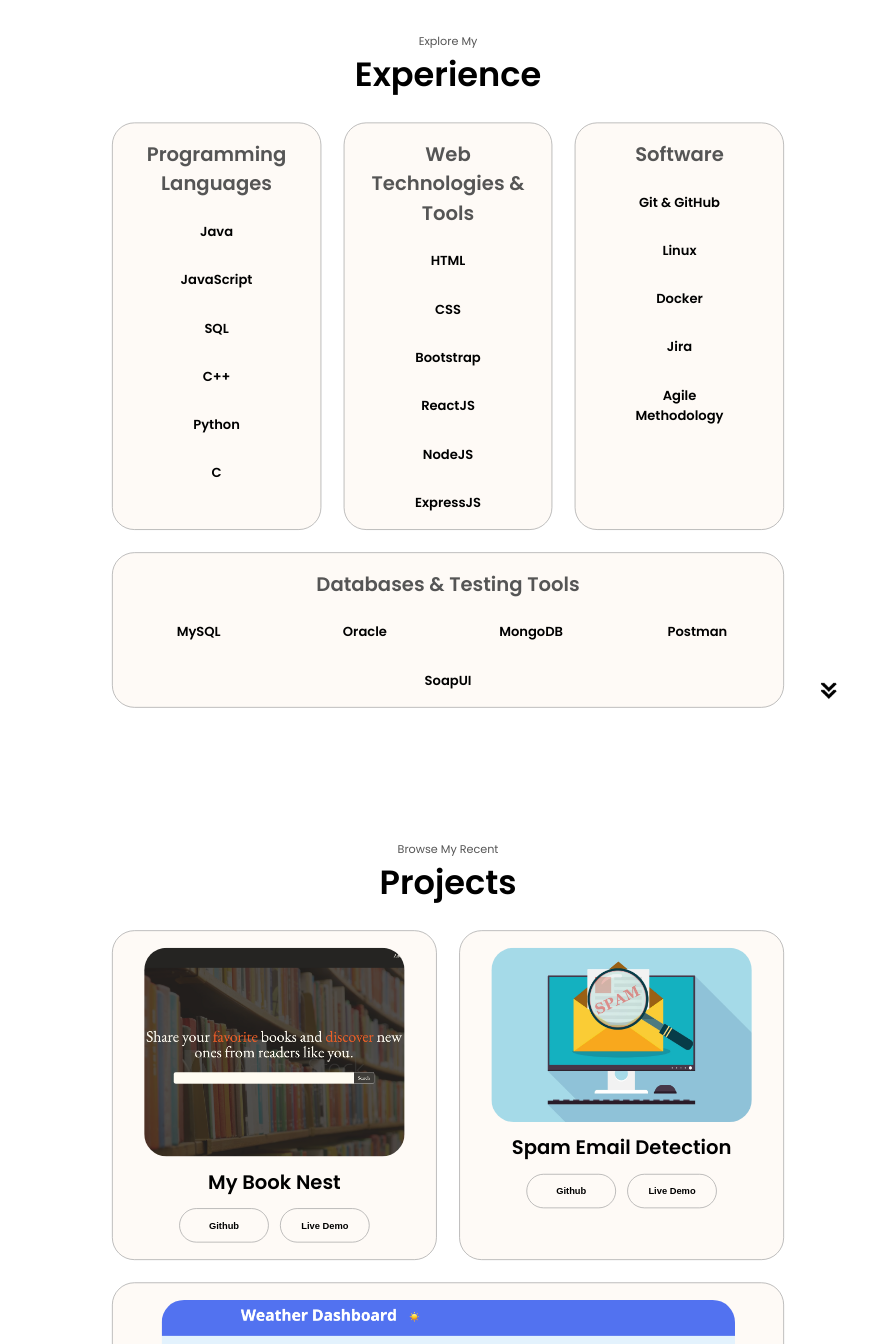
Repository: Pradnya-07/Portfolio-Pradnya
Page: index.html
An editor plug-in stored every save of this project. The page is shown before and after the next save, followed by the edit.
The browser window is 1280 px wide. The pictures show the part of the page from y = 1490 to 3410 px (the page is 4584 px tall before and 4542 px after), at 70% of full size.

Above is the page before, as saved 2025-04-26 23:02:04.

### index.html
<!DOCTYPE html>
<html lang="en">
  <head>
    <meta charset="UTF-8" />
    <meta http-equiv="X-UA-Compatible" content="IE=edge" />
    <meta name="viewport" content="width=device-width, initial-scale=1.0" />
    <title>My Portfolio</title>
    <link rel="stylesheet" href="style.css" />
    <link rel="stylesheet" href="mediaqueries.css" />
  </head>
  <body>
    <nav id="desktop-nav">
      <div class="logo">Pradnya Baviskar</div>
      <div>
        <ul class="nav-links">
          <li><a href="#about">About</a></li>
          <li><a href="#experience">Experience</a></li>
          <li><a href="#projects">Projects</a></li>
          <li><a href="#contact">Contact</a></li>
        </ul>
      </div>
    </nav>
    <nav id="hamburger-nav">
      <div class="logo">Pradnya Baviskar</div>
      <div class="hamburger-menu">
        <div class="hamburger-icon" onclick="toggleMenu()">
          <span></span>
          <span></span>
          <span></span>
        </div>
        <div class="menu-links">
          <li><a href="#about" onclick="toggleMenu()">About</a></li>
          <li><a href="#experience" onclick="toggleMenu()">Experience</a></li>
          <li><a href="#projects" onclick="toggleMenu()">Projects</a></li>
          <li><a href="#contact" onclick="toggleMenu()">Contact</a></li>
        </div>
      </div>
    </nav>
    <section id="profile">
      <div class="section__pic-container">
        <img src="./assets/profile-pic.JPG" alt="Pradnya Baviskar profile picture" />
      </div>
      <div class="section__text">
        <p class="section__text__p2">Hello, I'm</p>
        <h1 class="title">Pradnya Baviskar</h1>
        <p class="section__text__p2">Software Developer - Full Stack</p>
        <div class="btn-container">
          <button
            class="btn btn-color-2"
            onclick="window.open('./assets/pradnya_baviskar-3.pdf')"
          >
            Download CV
          </button>
          <button class="btn btn-color-1" onclick="location.href='#contact'">
            Contact Info
          </button>
        </div>
        <div id="socials-container">
          <img
            src="./assets/linkedin.png"
            alt="My LinkedIn profile"
            class="icon"
            onclick="location.href='https://linkedin.com/'"
          />
          <img
            src="./assets/github.png"
            alt="My Github profile"
            class="icon"
            onclick="location.href='https://github.com/'"
          />
        </div>
      </div>
    </section>
    <section id="about">
      <p class="section__text__p1">Get To Know More</p>
      <h1 class="title">About Me</h1>
      <div class="section-container">

        <div class="about-details-container">
          <div class="about-containers">
            <div class="details-container">
              <img
                src="./assets/experience.png"
                alt="Experience icon"
                class="icon"
              />
              <h3>Experience</h3>
              <p>3+ years <br />Full Stack Development</p>
            </div>
            <div class="details-container">
              <img
                src="./assets/education.png"
                alt="Education icon"
                class="icon"
              />
              <h3>Education</h3>
              <p>B.Tech. Bachelors Degree<br />M.Sc. Masters Degree</p>
            </div>
          </div>
          <div class="text-container">
            <p>
              I'm a Full Stack Developer with over 3 years of experience building scalable, production-ready web applications.
              My expertise lies in backend development using Java, SQL Server, Oracle, and Spring Boot, combined with frontend technologies like JavaScript and React.js.
              I have contributed to large-scale projects by improving performance and delivering complex financial technology solutions for top-tier banks, ensuring both efficiency and innovation.
              I’m passionate about writing clean, maintainable code and collaborating within cross-functional teams to solve challenging problems.
            </p>
            <p style=" margin-top: 2%;">
              With a Master's degree in Software Engineering and Testing, I am committed to staying ahead in the evolving tech landscape by learning and implementing emerging technologies.
              Whether it’s designing sleek front-end interfaces or optimizing complex back-end systems, I strive to build applications that are efficient, user-friendly, and impactful.
              Let’s collaborate and create innovative digital solutions together!
            </p>
          </div>
        </div>
      </div>
      <img
        src="./assets/arrow.png"
        alt="Arrow icon"
        class="icon arrow"
        onclick="location.href='#experience'"
      />
    </section>
    <section id="experience">
      <p class="section__text__p1">Explore My</p>
      <h1 class="title">Experience</h1>
      <div class="experience-details-container">
        <div class="about-containers">
          <div class="details-container">
            <h2 class="experience-sub-title">Programming Languages</h2>
            <div class="article-container">
              <article class="skills">

                <div>
                  <h3 class="skills">Java</h3>
                </div>
              </article>
              <article class="skills">

                <div>
                  <h3 class="skills">JavaScript</h3>

                </div>
              </article>
              <article class="skills">

                <div>
                  <h3 class="skills">SQL</h3>

                </div>
              </article>
              <article class="skills">

                <div>
                  <h3 class="skills">C++</h3>

                </div>
              </article>
              <article class="skills">

                <div>
                  <h3>Python</h3>
                </div>
              </article>
              <article class="skills">

                <div>
                  <h3 class="skills">C</h3>
                </div>
              </article>

            </div>
          </div>

          <div class="details-container">
            <h2 class="experience-sub-title">Web Technologies & Tools</h2>
            <div class="article-container">
              <article>

                <div>
                  <h3>HTML</h3>
                </div>
              </article>
              <article>

                <div>
                  <h3>CSS</h3>
                </div>
              </article>
              <article>

                <div>
                  <h3>Bootstrap</h3>
                </div>
              </article>
              <article>

                <div>
                  <h3>ReactJS</h3>
                </div>
              </article>
              <article>

                <div>
                  <h3>NodeJS</h3>
                </div>
              </article>
              <article>

                <div>
                  <h3>ExpressJS</h3>
                </div>
              </article>
            </div>
          </div>

          <div class="details-container">
            <h2 class="experience-sub-title">Software</h2>
            <div class="article-container">
              <article>

                <div>
                  <h3>Git & GitHub</h3>
                </div>
              </article>
              <article>

                <div>
                  <h3>Linux</h3>
                </div>
              </article>



              <article>

                <div>
                  <h3>Docker</h3>
                </div>
              </article>
              <article>

                <div>
                  <h3>Jira</h3>
                </div>
              </article>
              <article>

                <div>
                  <h3 class="skills">Agile Methodology</h3>
                </div>
              </article>
            </div>
          </div>

          <div class="details-container">
            <h2 class="experience-sub-title">Databases & Testing Tools</h2>
            <div class="article-container">
              <article>

                <div>
                  <h3>MySQL</h3>
                </div>
              </article>
              <article>

                <div>
                  <h3>Oracle</h3>
                </div>
              </article>
              <article>

                <div>
                  <h3>MongoDB</h3>
                </div>
              </article>
              <article>

                <div>
                  <h3>Postman</h3>
                </div>
              </article>
              <article>

                <div>
                  <h3>SoapUI</h3>
                </div>
              </article>

            </div>
          </div>


        </div>
      </div>
      <img
        src="./assets/arrow.png"
        alt="Arrow icon"
        class="icon arrow"
        onclick="location.href='#projects'"
      />
    </section>

    <section id="projects">
      <p class="section__text__p1">Browse My Recent</p>
      <h1 class="title">Projects</h1>
      <div class="experience-details-container">
        <div class="about-containers">
          <div class="details-container color-container">
            <div class="article-container">
              <img
                src="./assets/project1.png"
                alt="Project 1"
                class="project-img"
              />
            </div>
            <h2 class="experience-sub-title project-title">My Book Nest</h2>
            <div class="btn-container">
              <button
                class="btn btn-color-2 project-btn"
                onclick="location.href='https://github.com/Pradnya-07/Pradnya-s_Library'"
              >
                Github
              </button>
              <button
                class="btn btn-color-2 project-btn"
                onclick="location.href='https://pradnya-s-library.onrender.com'"
              >
                Live Demo
              </button>
            </div>
          </div>
          <div class="details-container color-container">
            <div class="article-container">
              <img
                src="./assets/scam.png"
                alt="Project 2"
                class="project-img"
              />
            </div>
            <h2 class="experience-sub-title project-title">Spam Email Detection</h2>
            <div class="btn-container">
              <button
                class="btn btn-color-2 project-btn"
                onclick="location.href='https://github.com/Pradnya-07/Spam_Email_Detection'"
              >
                Github
              </button>
              <button
                class="btn btn-color-2 project-btn"
                onclick="location.href='https://spam-email-detection-9in7.onrender.com'"
              >
                Live Demo
              </button>
            </div>
          </div>
          <div class="details-container color-container">
            <div class="article-container">
              <img
                src="./assets/forecast.png"
                alt="Project 3"
                class="project-img"
              />
            </div>
            <h2 class="experience-sub-title project-title">Weather Forecast</h2>
            <div class="btn-container" style="margin-top: 14%;">
              <button
                class="btn btn-color-2 project-btn"
                onclick="location.href='https://github.com/Pradnya-07/Weather-Dashboard'"
              >
                Github
              </button>
              <button
                class="btn btn-color-2 project-btn"
                onclick="location.href='https://pradnya-07.github.io/Weather-Dashboard/'"
              >
                Live Demo
              </button>
            </div>
          </div>
        </div>
      </div>
      <img
        src="./assets/arrow.png"
        alt="Arrow icon"
        class="icon arrow"
        onclick="location.href='#contact'"
      />
    </section>
    <section id="contact">


      <div class="contact-info-upper-container">
        <div class="contact-info-container">
          <img
            src="./assets/email.png"
            alt="Email icon"
            class="icon contact-icon email-icon"
          />
          <p><a href="mailto:pradnyabaviskar56p@gmail.com">pradnyabaviskar56p@gmail.com</a></p>
        </div>
        <div class="contact-info-container">
          <img
            src="./assets/linkedin.png"
            alt="LinkedIn icon"
            class="icon contact-icon"
          />
          <p><a href="https://www.linkedin.com">LinkedIn</a></p>
        </div>
      </div>
    </section>
    <footer>
      <nav>
        <div class="nav-links-container">
          <ul class="nav-links">
            <li><a href="#about">About</a></li>
            <li><a href="#experience">Experience</a></li>
            <li><a href="#projects">Projects</a></li>
            <li><a href="#contact">Contact</a></li>
          </ul>
        </div>
      </nav>
      <p>Copyright &#169; 2025 Pradnya Baviskar. All Rights Reserved.</p>
    </footer>
    <script src="script.js"></script>
  </body>
</html>

### style.css
/* GENERAL */

@import url("https://fonts.googleapis.com/css2?family=Poppins:wght@300;400;500;600&display=swap");

* {
  margin: 0;
  padding: 0;
}

body {
  font-family: "Poppins", sans-serif;
}

html {
  scroll-behavior: smooth;
}

p {
  color: rgb(85, 85, 85);
}

/* TRANSITION */

a,
.btn {
  transition: all 300ms ease;
}

/* DESKTOP NAV */

nav,
.nav-links {
  display: flex;
}

nav {
  justify-content: space-around;
  align-items: center;
  height: 17vh;
}

.nav-links {
  gap: 2rem;
  list-style: none;
  font-size: 1.5rem;
}

a {
  color: black;
  text-decoration: none;
  text-decoration-color: white;
}

a:hover {
  color: grey;
  text-decoration: underline;
  text-underline-offset: 1rem;
  text-decoration-color: rgb(181, 181, 181);
}

.logo {
  font-size: 2rem;
}

.logo:hover {
  cursor: default;
}

/* HAMBURGER MENU */

#hamburger-nav {
  display: none;
}

.hamburger-menu {
  position: relative;
  display: inline-block;
}

.hamburger-icon {
  display: flex;
  flex-direction: column;
  justify-content: space-between;
  height: 24px;
  width: 30px;
  cursor: pointer;
}

.hamburger-icon span {
  width: 100%;
  height: 2px;
  background-color: black;
  transition: all 0.3 ease-in-out;
}

.menu-links {
  position: absolute;
  top: 100%;
  right: 0;
  background-color: white;
  width: fit-content;
  max-height: 0;
  overflow: hidden;
  transition: all 0.3 ease-in-out;
}

.menu-links a {
  display: block;
  padding: 10px;
  text-align: center;
  font-size: 1.5rem;
  color: black;
  text-decoration: none;
  transition: all 0.3 ease-in-out;
}

.menu-links li {
  list-style: none;
}

.menu-links.open {
  max-height: 300px;
}

.hamburger-icon.open span:first-child {
  transform: rotate(45deg) translate(10px, 5px);
}

.hamburger-icon.open span:nth-child(2) {
  opacity: 0;
}

.hamburger-icon.open span:last-child {
  transform: rotate(-45deg) translate(10px, -5px);
}

.hamburger-icon span:first-child {
  transform: none;
}

.hamburger-icon span:first-child {
  opacity: 1;
}

.hamburger-icon span:first-child {
  transform: none;
}

/* SECTIONS */

section {
  padding-top: 4vh;
  height: 96vh;
  margin: 0 10rem;
  box-sizing: border-box;
  min-height: fit-content;
}

.section-container {
  display: flex;
}

.skills {
  text-align: center;

}

/* PROFILE SECTION */

#profile {
  display: flex;
  justify-content: center;
  gap: 5rem;
  height: 80vh;
}

.section__pic-container {
  display: flex;
  height: 400px;
  width: 400px;
  margin: auto 0;
}

.section__text {
  align-self: center;
  text-align: center;
}

.section__text p {
  font-weight: 600;
}

.section__text__p1 {
  text-align: center;
}

.section__text__p2 {
  font-size: 1.75rem;
  margin-bottom: 1rem;
}

.title {
  font-size: 3rem;
  text-align: center;
}

#socials-container {
  display: flex;
  justify-content: center;
  margin-top: 1rem;
  gap: 1rem;
}

/* ICONS */

.icon {
  cursor: pointer;
  height: 2rem;
}

/* BUTTONS */

.btn-container {
  display: flex;
  justify-content: center;
  gap: 1rem;
}

.btn {
  font-weight: 600;
  transition: all 300ms ease;
  padding: 1rem;
  width: 8rem;
  border-radius: 2rem;
}

.btn-color-1,
.btn-color-2 {
  border: rgb(53, 53, 53) 0.1rem solid;
}

.btn-color-1:hover,
.btn-color-2:hover {
  cursor: pointer;
}

.btn-color-1,
.btn-color-2:hover {
  background: rgb(53, 53, 53);
  color: white;
}

.btn-color-1:hover {
  background: rgb(0, 0, 0);
}

.btn-color-2 {
  background: none;
}

.btn-color-2:hover {
  border: rgb(255, 255, 255) 0.1rem solid;
}

.btn-container {
  gap: 1rem;
}

/* ABOUT SECTION */

#about {
  position: relative;
}

.about-containers {
  gap: 2rem;
  margin-bottom: 2rem;
  margin-top: 2rem;
}

.about-details-container {
  justify-content: center;
  flex-direction: column;
}

.about-containers,
.about-details-container {
  display: flex;
}

.about-pic {
  border-radius: 2rem;
}

.arrow {
  position: absolute;
  right: -5rem;
  bottom: 2.5rem;
}

.details-container {
  padding: 1.5rem;
  flex: 1;
  background: rgb(232 188 130 / 7%);
  border-radius: 2rem;
  border: rgb(53, 53, 53) 0.1rem solid;
  border-color: rgb(163, 163, 163);
  text-align: center;
}

.section-container {
  gap: 4rem;
  height: 80%;
}

.section__pic-container {
  height: 400px;
  width: 400px;
  margin: auto 0;
}

/* EXPERIENCE SECTION */

#experience {
  position: relative;
}

.experience-sub-title {
  color: rgb(85, 85, 85);
  font-weight: 600;
  font-size: 1.75rem;
  margin-bottom: 2rem;
}

.experience-details-container {
  display: flex;
  justify-content: center;
  flex-direction: column;
}

.article-container {
  display: flex;
  text-align: initial;
  flex-wrap: wrap;
  flex-direction: row;
  gap: 2.5rem;
  justify-content: space-around;
}

article {
  display: flex;
  width: 10rem;
  justify-content: space-around;
  gap: 0.5rem;
}

article .icon {
  cursor: default;
}

/* PROJECTS SECTION */

#projects {
  position: relative;
  margin-top: 10%;
}

.color-container {
  border-color: rgb(163, 163, 163);
  background: rgb(232 188 130 / 7%);
}

.project-img {
  border-radius: 2rem;
  width: 90%;
  height: 90%;
}

.project-title {
  margin: 1rem;
  color: black;
}

.project-btn {
  color: black;
  border-color: rgb(163, 163, 163);
}

/* CONTACT */

#contact {
  display: flex;
  justify-content: center;
  flex-direction: column;
  height: 70vh;
}

.contact-info-upper-container {
  display: flex;
  justify-content: center;
  border-radius: 2rem;
  border: rgb(53, 53, 53) 0.1rem solid;
  border-color: rgb(163, 163, 163);
  background: (250, 250, 250);
  margin: 2rem auto;
  padding: 0.5rem;
  background-color: rgb(232 188 130 / 7%);
}

.contact-info-container {
  display: flex;
  align-items: center;
  justify-content: center;
  gap: 0.5rem;
  margin: 1rem;
}

.contact-info-container p {
  font-size: larger;
}

.contact-icon {
  cursor: default;
}

.email-icon {
  height: 2.5rem;
}

/* FOOTER SECTION */

footer {
  height: 26vh;
  margin: 0 1rem;
}

footer p {
  text-align: center;
}

### mediaqueries.css
@media screen and (max-width: 1400px) {
  #profile {
    height: 83vh;
    margin-bottom: 6rem;
  }
  .about-containers {
    flex-wrap: wrap;
  }
  #contact,
  #projects {
    height: fit-content;
  }
}

@media screen and (max-width: 1200px) {
  #desktop-nav {
    display: none;
  }
  #hamburger-nav {
    display: flex;
  }
  #experience,
  .experience-details-container {
    margin-top: 2rem;
  }
  #profile,
  .section-container {
    display: block;
  }
  .arrow {
    display: none;
  }
  section,
  .section-container {
    height: fit-content;
  }
  section {
    margin: 0 5%;
  }
  .section__pic-container {
    width: 275px;
    height: 275px;
    margin: 0 auto 2rem;
  }
  .about-containers {
    margin-top: 0;
  }
}

@media screen and (max-width: 600px) {
  #contact,
  footer {
    height: 40vh;
  }
  #profile {
    height: 83vh;
    margin-bottom: 0;
  }
  article {
    font-size: 1rem;
  }
  footer nav {
    height: fit-content;
    margin-bottom: 2rem;
  }
  .about-containers,
  .contact-info-upper-container,
  .btn-container {
    flex-wrap: wrap;
  }
  .contact-info-container {
    margin: 0;
  }
  .contact-info-container p,
  .nav-links li a {
    font-size: 1rem;
  }
  .experience-sub-title {
    font-size: 1.25rem;
  }
  .logo {
    font-size: 1.5rem;
  }
  .nav-links {
    flex-direction: column;
    gap: 0.5rem;
    text-align: center;
  }
  .section__pic-container {
    width: auto;
    height: 46vw;
    justify-content: center;
  }
  .section__text__p2 {
    font-size: 1.25rem;
  }
  .title {
    font-size: 2rem;
  }
  .text-container {
    text-align: justify;
  }
}

Loaded but not shown: script.js (common file)

After the next save:
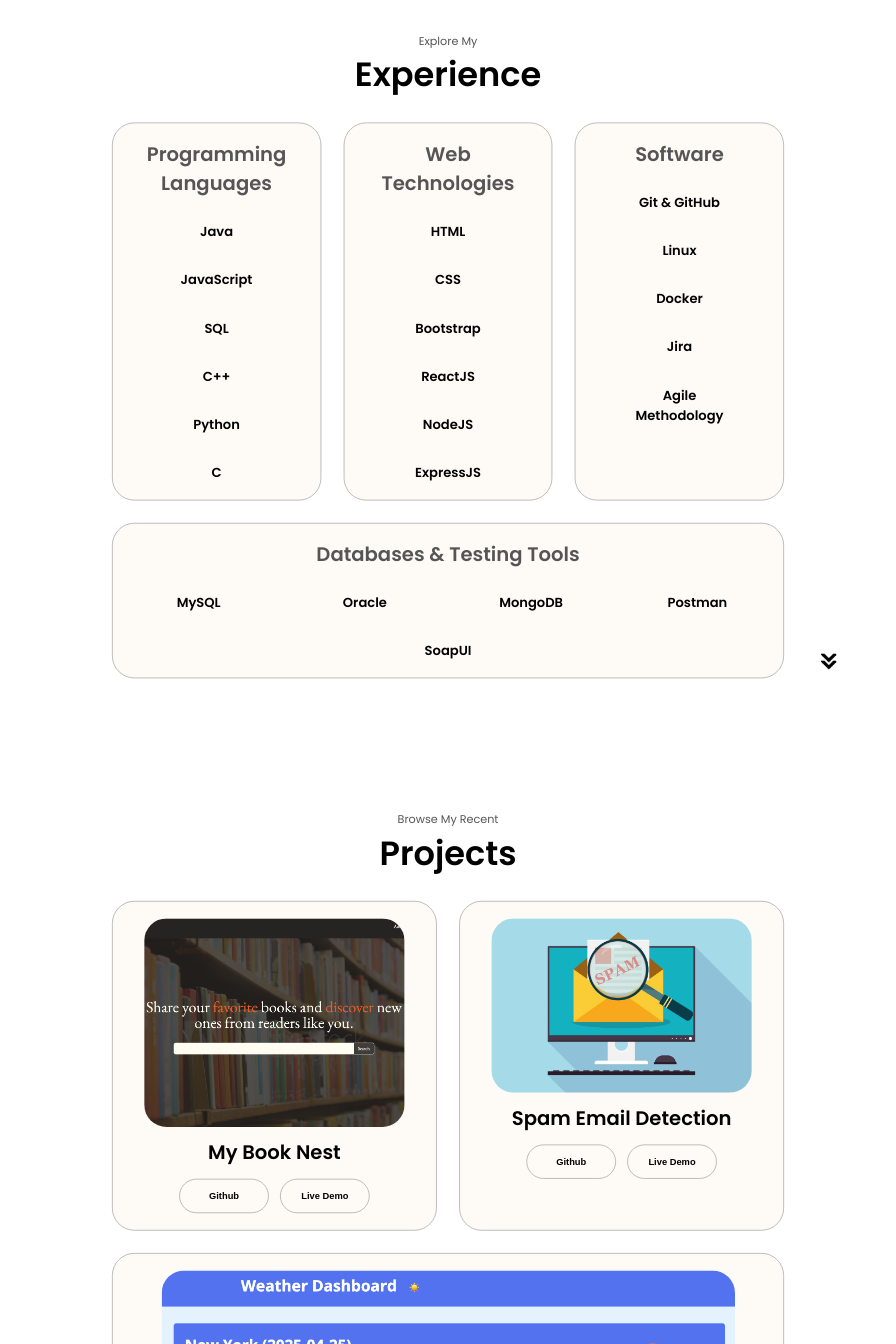
Saved 4 days later.
--- a/index.html
+++ b/index.html
@@ -171,7 +171,7 @@
           </div>
 
           <div class="details-container">
-            <h2 class="experience-sub-title">Web Technologies & Tools</h2>
+            <h2 class="experience-sub-title">Web Technologies</h2>
             <div class="article-container">
               <article>
 
